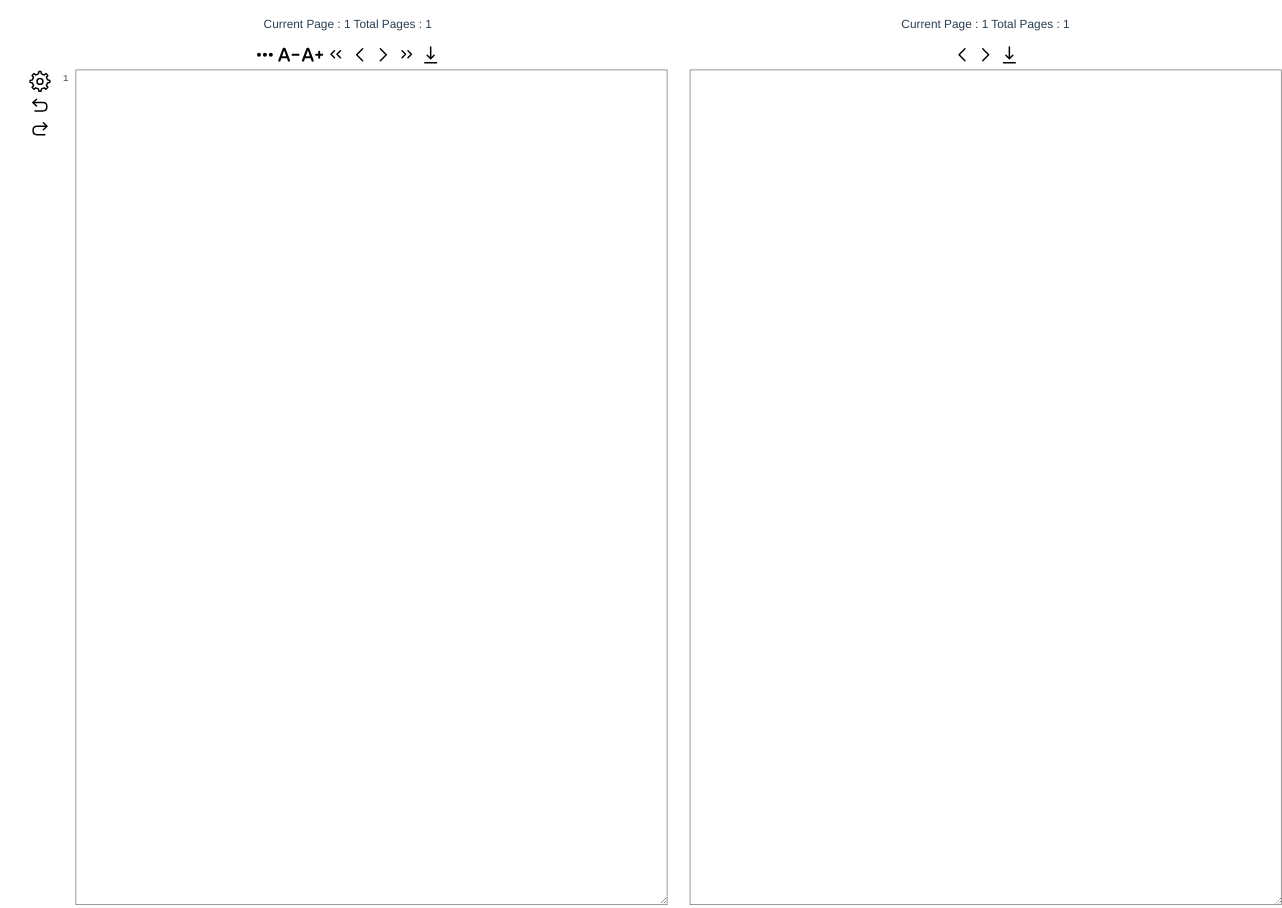
Repository: 321paranoiawhy/online-resume
Page: /
The author's editor kept a copy of each file at every save. The page is drawn from the files as they stood at one save, then again after the next save.
The browser window is 1280 px wide. The page is 1732 px wide, so the pictures cover 1732 px, including what lies to the right of the window. The pictures show the whole page, at 74% of full size.
The project was rebuilt for these pictures with package versions that can differ from the ones it lists, and the page was loaded fresh each time. Also part of the build but not shown: vue.config.js, src/components/Header.vue, src/components/Introduction.vue, src/components/Footer.vue.

Above is the page before, as saved 2022-05-29 14:10:11.

After the next save:
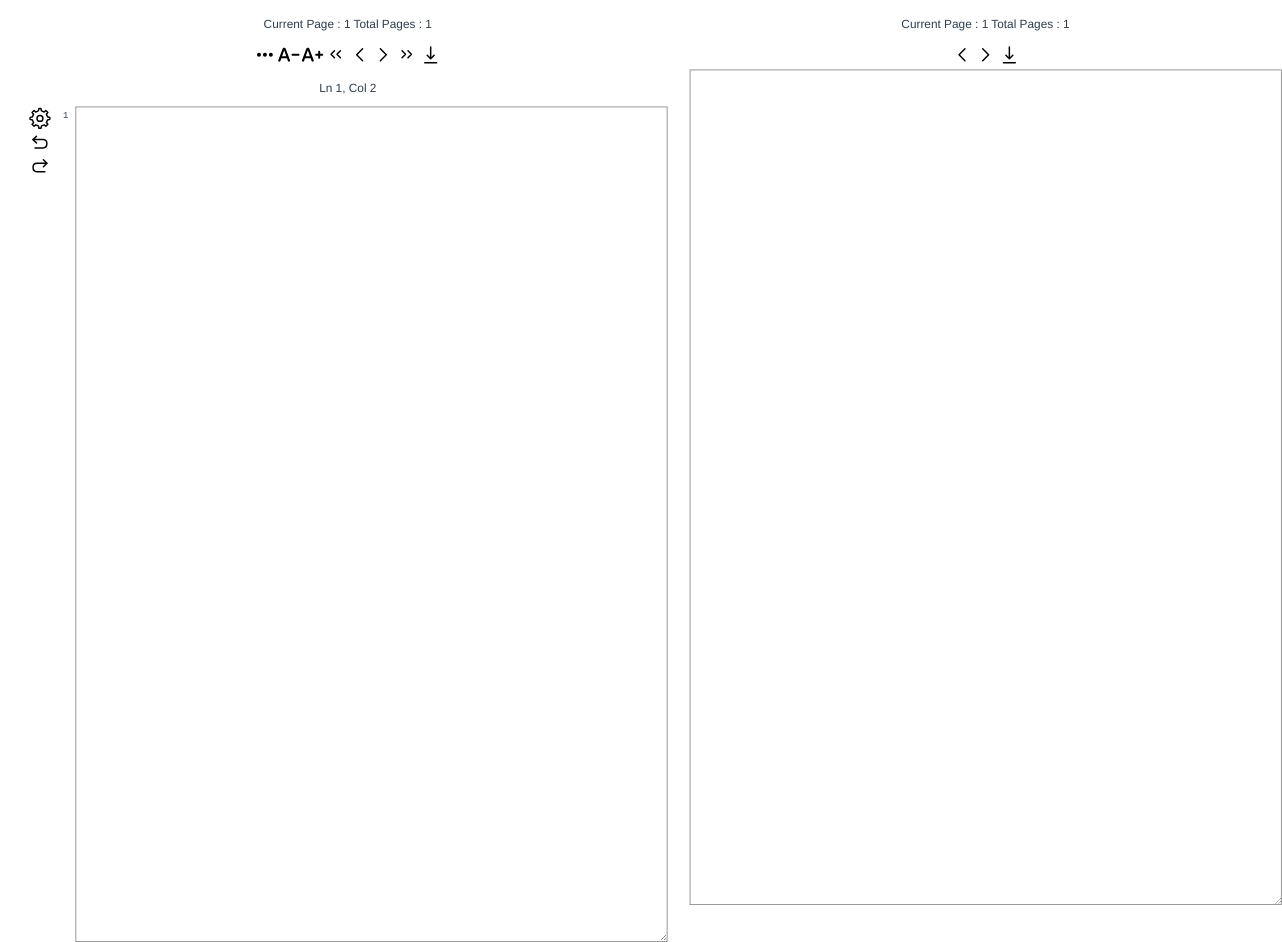
Saved 8 s later.
--- a/src/components/LeftInput.vue
+++ b/src/components/LeftInput.vue
@@ -13,6 +13,8 @@
                 alt=""
             />
         </div>
+        <p @click="gotoLnAndCol">Ln 1, Col 2</p>
+
         <div class="flex">
             <!-- 侧边工具栏 -->
             <Sidebar></Sidebar>
